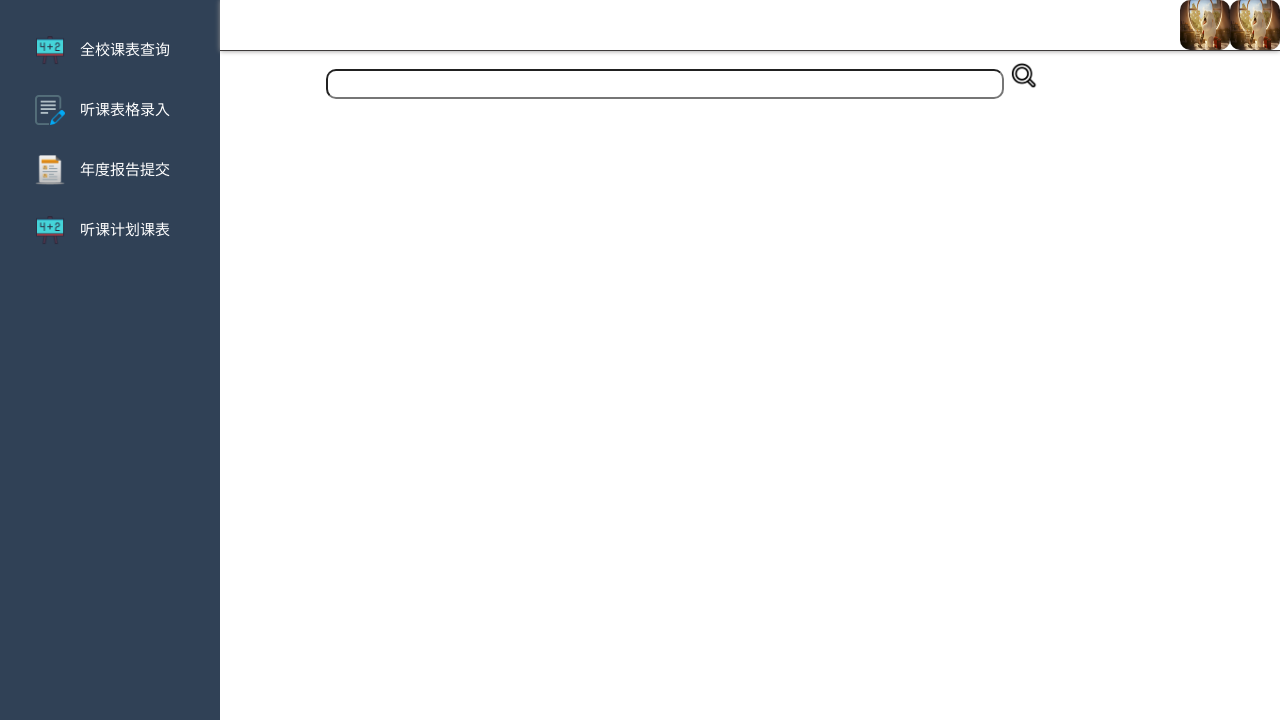
Repository: shandamengcheng/graduate-project
Page: /home
An editor plug-in stored every save of this project. The page is shown before and after the next save, followed by the edit.
The browser window is 1280 px wide. The pictures show the whole page.
The project was rebuilt for these pictures with package versions that can differ from the ones it lists, and the page was loaded fresh each time. Also part of the build but not shown: src/views/Login.vue.

Above is the page before, as saved 2021-03-14 12:29:48.

### src/App.vue
<template>
  <div id="app">
    <router-view/>
  </div>
</template>

<style>
* {
  margin: 0;
  padding: 0;
  -webkit-box-sizing: inherit;
  box-sizing: inherit;
}

#app, html, body{
  font-family: Avenir, Helvetica, Arial, sans-serif;
  -webkit-font-smoothing: antialiased;
  -moz-osx-font-smoothing: grayscale;
  text-align: center;
  color: #2c3e50;
  height: 100%;
  overflow: hidden;
}

</style>

### src/router/index.js
import Vue from 'vue'
import VueRouter from 'vue-router'
import Home from '../views/Home.vue'
import Login from '../views/Login.vue';
import Search from '../components/Search.vue';

Vue.use(VueRouter)

const routes = [
  {
    path: '/',
    name: 'Login',
    component: Login
  },
  {
    path: '/home',
    name: Home,
    component: Home,
    children:[
      {
        path: '/',
        name: 'Search',
        component: Search,
      },
      {
        path: 'search',
        name: 'Search',
        component: Search,
      }
    ]
  }
]

const router = new VueRouter({
  mode: 'history',
  base: process.env.BASE_URL,
  routes
})

export default router

### src/views/Home.vue
<template>
  <div class="home">
    <SideBar />
    <div class="main">
      <NavigationBar />
      <router-view />
      <!-- <Search /> -->
    </div>
  </div>
</template>

<script>
// @ is an alias to /src
import Login from "@/views/Login";
import SideBar from "@/components/SideBar";
import NavigationBar from "@/components/NavigationBar";
import Search from "@/components/Search";

export default {
  name: "Home",
  components: {
    Login,
    SideBar,
    NavigationBar,
    Search,
  },
};
</script>

<style scoped>
.home {
  min-height: 100%;
  width: 100%;
  display: flex;
  flex-direction: row;
  /* background-color: #2d3a4b;
    color: white; */
  overflow: hidden;
}
.main {
  width: calc(100% - 220px);
  min-width: 600px;
}
</style>

### src/components/Search.vue
<template>
  <div class="search">
    <input type="search" />
    <img src="@/assets/search.png" >
  </div>
</template>

<script>
export default {
  name: "Search",
};
</script>

<style scoped>
.search {
  width: 80%;
  margin: auto;
  height: 30px;
  margin-top: 10px;
  text-align: left;
  font-size: 0;
}
.search input {
  display: inline-block;
  width: 80%;
  height: 30px;
  line-height: 30px;
  margin: auto;
  border-radius: 10px;
  outline: none;
  font-size: 20px;
  padding: 0 5px;
  box-sizing: border-box;
}
.search img {
  display: inline-block;
  width: 30px;
  height: 30px;
  margin-left: 5px;
}
</style>

### src/components/SideBar.vue
<template>
  <div class="sidebar">
    <SideBarItem>
      <img src="@/assets/class.png">
      <div>全校课表查询</div>
    </SideBarItem>
    <SideBarItem>
      <img src="@/assets/sheet.png">
      <div>听课表格录入</div>
    </SideBarItem>
    <SideBarItem>
      <img src="@/assets/report.png">
      <div>年度报告提交</div>
    </SideBarItem>
     <SideBarItem>
      <img src="@/assets/class.png">
      <div>听课计划课表</div>
    </SideBarItem>
  </div>
</template>

<script>
import SideBarItem from "@/components/SideBarItem";

export default {
  name: "SideBar",
  components: {
    SideBarItem,
  },

}
</script>

<style scoped>
.sidebar {
  width: 220px;
  min-width: 220px;
  height: 100vh;
  background: #304156;
  color: white;
  font-size: 15px;
  text-align: center;
  display: flex;
  flex-direction: column;
  padding-top: 20px;
}
</style>

### src/components/NavigationBar.vue
<template>
  <div class="navbar">
    <img src="@/assets/bai.jpg" class="avatar-img">
    <img src="@/assets/bai.jpg" class="avatar-submenu">
  </div>
</template>

<script>
export default {
  name: "NavigationBar",
}
</script>

<style scoped>
.navbar {
  width: 100%;
  height: 50px;
  /* background: pink; */
  display: flex;
  justify-content: flex-end;
  border-bottom: .5px solid rgb(61, 58, 58);
  box-shadow: 0px 0px 5px rgb(146, 145, 145);
}
.navbar img {
  display: inline-block;
  height: 100%;
  width: 50px;
  border-radius: 10px;
}
</style>

### src/components/SideBarItem.vue
<template>
  <div class="sidebar-item" @click="showSearchView">
    <slot>默认列表项</slot>
  </div>
</template>

<script>
export default {
  name: "SideBarItem",
  methods: {
    showSearchView: function() {
      this.$router.push('/home/search');
    }
  }
}
</script>

<style scoped>
.sidebar-item {
  height: 60px;
  padding: 0 10px;
  line-height: 60px;
  border: none;
  outline: none;
  cursor: pointer;
  display: flex;
  justify-content: center;
}
.sidebar-item img {
  /* display: inline-block; */
  align-self: center;
  height: 50%;
  vertical-align: middle;
  width: 15%;
  /* margin-right: 5px; */
}
.sidebar-item div {
  width: 60%;
  /* display: inline-block; */
}
</style>

Loaded but not shown: public/index.html (common file); src/main.js (common file); src/store/index.js (common file)

After the next save:
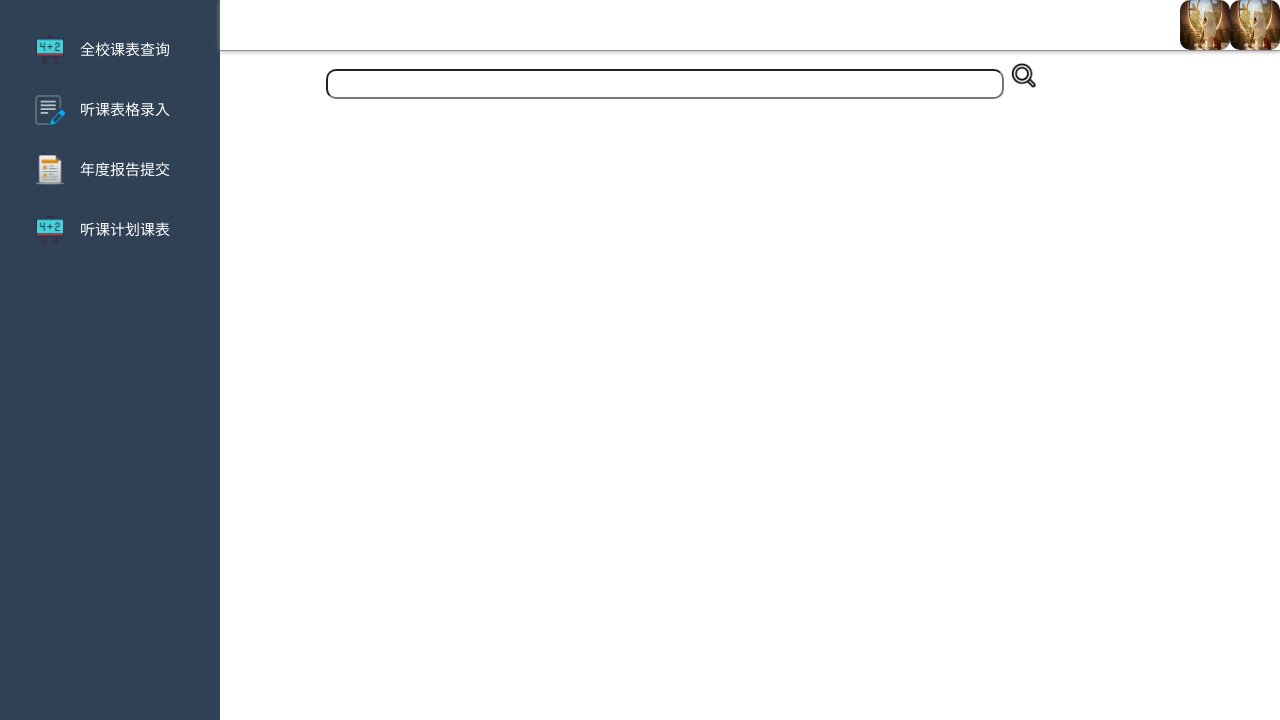
Saved 10 s later.
--- a/src/components/NavigationBar.vue
+++ b/src/components/NavigationBar.vue
@@ -18,7 +18,7 @@ export default {
   /* background: pink; */
   display: flex;
   justify-content: flex-end;
-  border-bottom: .5px solid rgb(61, 58, 58);
+  border-bottom: .5px solid rgb(148, 146, 146);
   box-shadow: 0px 0px 5px rgb(146, 145, 145);
 }
 .navbar img {
